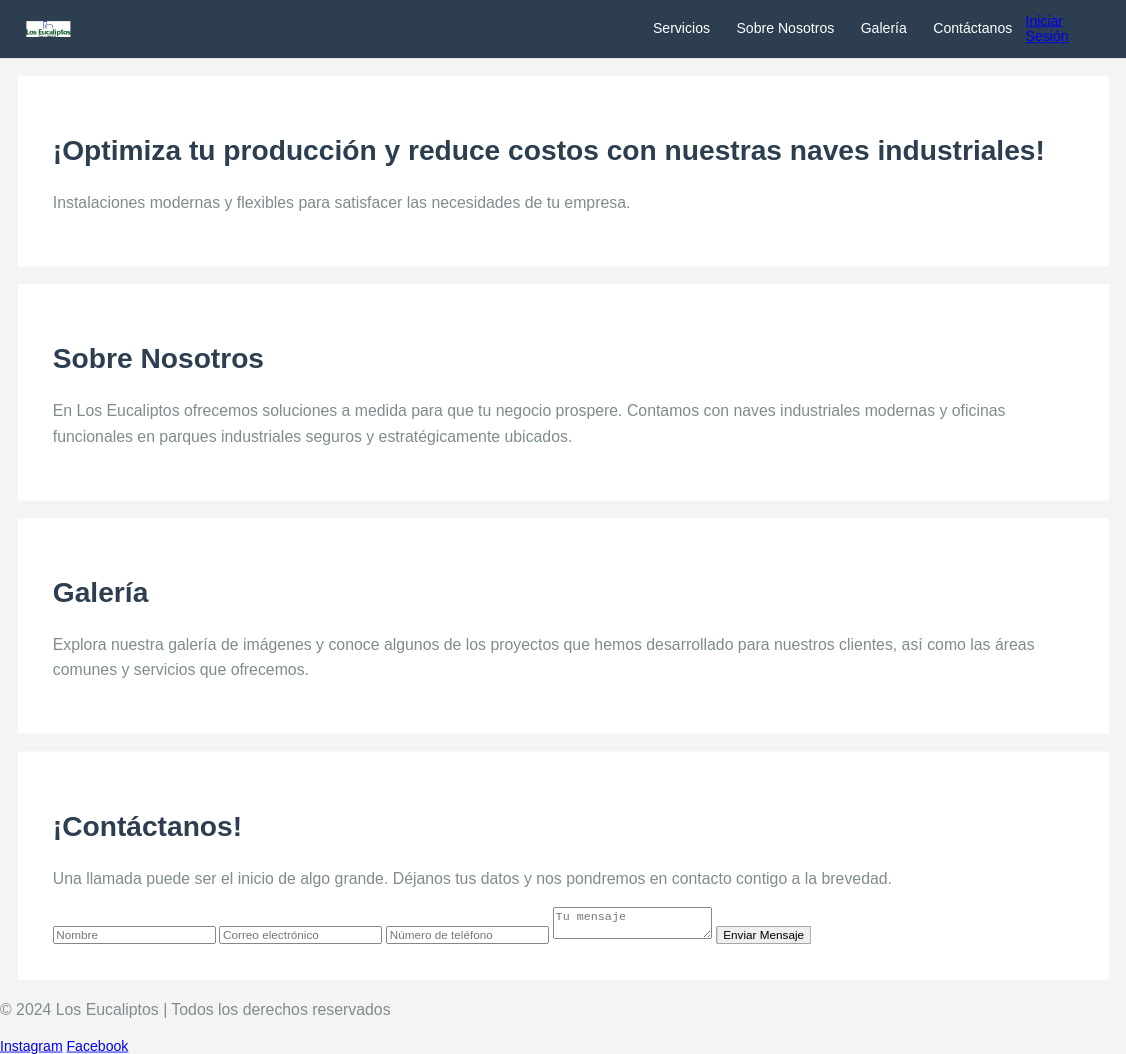
Repository: Los-Eucaliptos-WebApp/Los-Eucaliptos-FrontEnd
Page: pages/los-eucaliptos-home-page/index.html
An editor plug-in stored every save of this project. The page is shown before and after the next save, followed by the edit.
The browser window is 1280 px wide. The pictures show the whole page, at 88% of full size.

Above is the page before, as saved 2025-02-16 21:51:43.

### pages/los-eucaliptos-home-page/index.html
<!DOCTYPE html>
<html lang="es">
<head>
    <meta charset="UTF-8">
    <meta name="viewport" content="width=device-width, initial-scale=1.0">
    <title>Los Eucaliptos</title>
    <link rel="stylesheet" href="styles.css">
</head>
<body>

    <!-- ENCABEZADO -->
    <header>
        <div class="logo">
            <img src="/assets/logo-los-eucaliptos.png" alt="Los Eucaliptos Logo">
        </div>

        <nav>
            <ul>
                <li><a href="#servicios">Servicios</a></li>
                <li><a href="#sobre-nosotros">Sobre Nosotros</a></li>
                <li><a href="#galeria">Galería</a></li>
                <li><a href="#contactanos">Contáctanos</a></li>
            </ul>
        </nav>

        <div class="auth-button">
            <a href="login.html" class="btn">Iniciar Sesión</a>
        </div>
    </header>

    <!-- SECCIÓN PRINCIPAL -->
    <section id="servicios">
        <h2>¡Optimiza tu producción y reduce costos con nuestras naves industriales!</h2>
        <p>Instalaciones modernas y flexibles para satisfacer las necesidades de tu empresa.</p>
    </section>

    <section id="sobre-nosotros">
        <h2>Sobre Nosotros</h2>
        <p>En Los Eucaliptos ofrecemos soluciones a medida para que tu negocio prospere. Contamos con naves industriales modernas y oficinas funcionales en parques industriales seguros y estratégicamente ubicados.</p>
    </section>

    <section id="galeria">
        <h2>Galería</h2>
        <p>Explora nuestra galería de imágenes y conoce algunos de los proyectos que hemos desarrollado para nuestros clientes, así como las áreas comunes y servicios que ofrecemos.</p>
    </section>

    <section id="contactanos">
        <h2>¡Contáctanos!</h2>
        <p>Una llamada puede ser el inicio de algo grande. Déjanos tus datos y nos pondremos en contacto contigo a la brevedad.</p>

        <form action="send-message.php" method="POST">
            <input type="text" name="nombre" placeholder="Nombre" required>
            <input type="email" name="email" placeholder="Correo electrónico" required>
            <input type="tel" name="telefono" placeholder="Número de teléfono" required>
            <textarea name="mensaje" placeholder="Tu mensaje" required></textarea>
            <button type="submit">Enviar Mensaje</button>
        </form>
    </section>

    <footer>
        <p>© 2024 Los Eucaliptos | Todos los derechos reservados</p>
        <div class="social">
            <a href="https://www.instagram.com" target="_blank">Instagram</a>
            <a href="https://www.facebook.com" target="_blank">Facebook</a>
        </div>
    </footer>

</body>
</html>

### pages/los-eucaliptos-home-page/styles.css
/* Estilos generales del cuerpo */
body {
    font-family: Arial, sans-serif;
    margin: 0;
    padding: 0;
    background-color: #f4f4f4;
}

/* ENCABEZADO */
header {
    display: flex;
    justify-content: space-between;
    align-items: center;
    background: #2C3E50;
    color: white;
    padding: 15px 30px;
}

/* Contenedor del logo */
.logo {
    display: flex;
    align-items: center;
    justify-content: flex-start;  /* Alinea a la izquierda */
    margin: 0;
}

/* Tamaño de la imagen */
.logo img {
    width: 50px;  /* Ajusta el tamaño del logo */
    height: auto;
    margin-right: 10px;
}

/* Estilo del texto del logo */
.logo h1 {
    font-size: 24px;
    margin: 0;
    color: white;
}

/* NAVEGACIÓN */
nav {
    display: flex;
    align-items: center;
    justify-content: flex-end;  /* Alinea los botones de navegación a la derecha */
    width: 100%; /* Asegura que ocupe todo el ancho */
}

nav ul {
    list-style: none;
    display: flex;
    margin: 0;
    padding: 0;
}

nav ul li {
    margin: 0 15px;
}

nav ul li a {
    color: white;
    text-decoration: none;
    font-size: 16px;
}

/* BOTONES DE INICIO Y REGISTRO */
.auth-buttons {
    display: flex;
    align-items: center;
    margin-left: 20px;
}

.auth-buttons .btn {
    background-color: #ffffff;
    color: white;
    padding: 10px 15px;
    border-radius: 5px;
    text-decoration: none;
    margin-left: 10px;
}

.auth-buttons .btn-secondary {
    background-color: #28a745;
}

/* ESTILOS ADICIONALES PARA LA PÁGINA */
section {
    padding: 40px;
    background-color: white;
    margin: 20px;
}

h2 {
    font-size: 32px;
    color: #2C3E50;
}

p {
    font-size: 18px;
    line-height: 1.6;
    color: #7f8c8d;
}

After the next save:
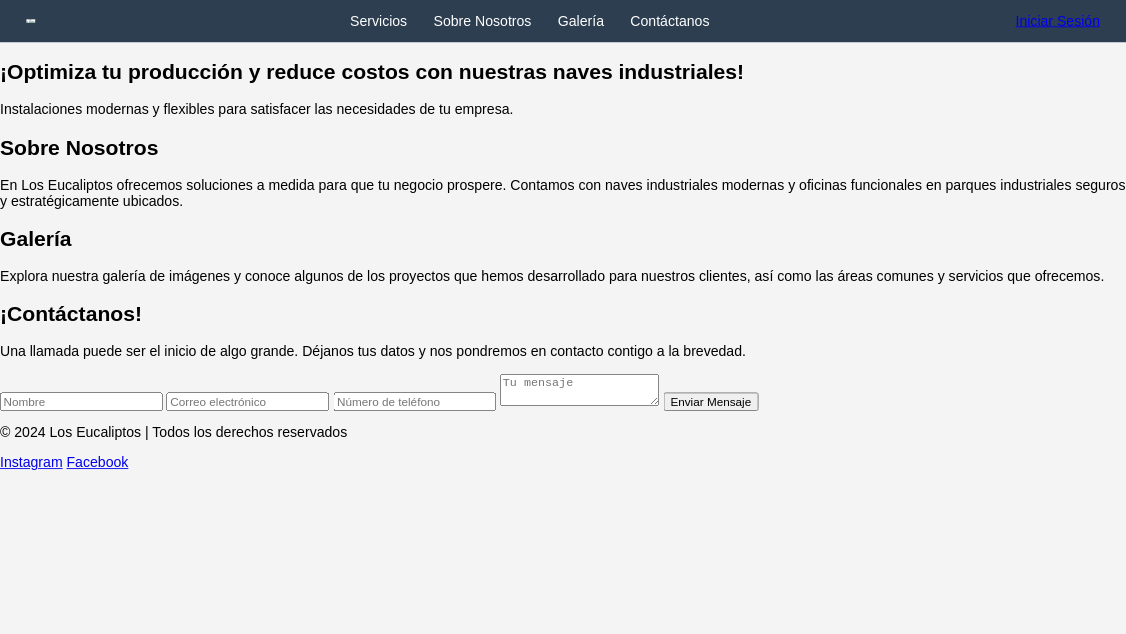
Saved 23 s later.
--- a/pages/los-eucaliptos-home-page/styles.css
+++ b/pages/los-eucaliptos-home-page/styles.css
@@ -1,4 +1,3 @@
-/* Estilos generales del cuerpo */
 body {
     font-family: Arial, sans-serif;
     margin: 0;
@@ -26,24 +25,15 @@ header {
 
 /* Tamaño de la imagen */
 .logo img {
-    width: 50px;  /* Ajusta el tamaño del logo */
+    width: 10px;  /* Ajusta el tamaño del logo según tu preferencia */
     height: auto;
     margin-right: 10px;
-}
-
-/* Estilo del texto del logo */
-.logo h1 {
-    font-size: 24px;
-    margin: 0;
-    color: white;
 }
 
 /* NAVEGACIÓN */
 nav {
     display: flex;
     align-items: center;
-    justify-content: flex-end;  /* Alinea los botones de navegación a la derecha */
-    width: 100%; /* Asegura que ocupe todo el ancho */
 }
 
 nav ul {
@@ -65,13 +55,11 @@ nav ul li a {
 
 /* BOTONES DE INICIO Y REGISTRO */
 .auth-buttons {
-    display: flex;
-    align-items: center;
     margin-left: 20px;
 }
 
 .auth-buttons .btn {
-    background-color: #ffffff;
+    background-color: #3498db;
     color: white;
     padding: 10px 15px;
     border-radius: 5px;
@@ -79,24 +67,6 @@ nav ul li a {
     margin-left: 10px;
 }
 
-.auth-buttons .btn-secondary {
+.btn-secondary {
     background-color: #28a745;
 }
-
-/* ESTILOS ADICIONALES PARA LA PÁGINA */
-section {
-    padding: 40px;
-    background-color: white;
-    margin: 20px;
-}
-
-h2 {
-    font-size: 32px;
-    color: #2C3E50;
-}
-
-p {
-    font-size: 18px;
-    line-height: 1.6;
-    color: #7f8c8d;
-}
